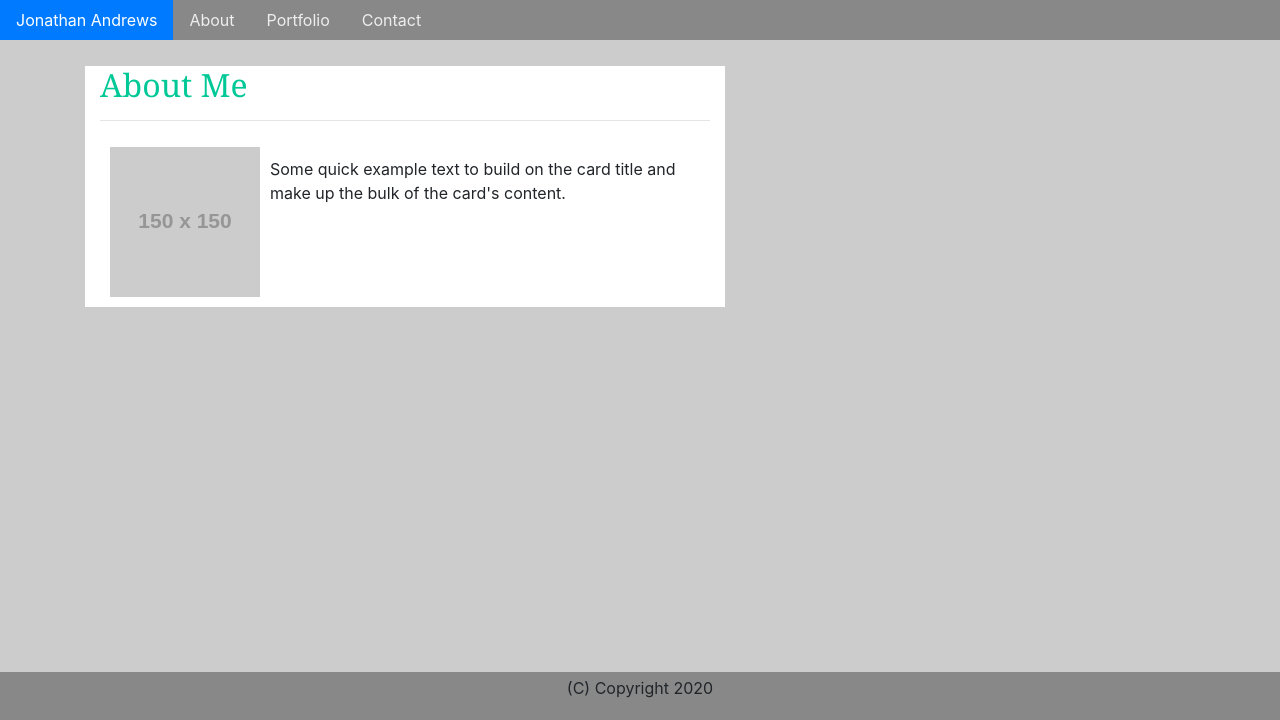
Repository: ionathas78/ionathas78.github.io
Page: index.html
The author's editor kept a copy of each file at every save. The page is drawn from the files as they stood at one save, then again after the next save.
The browser window is 1280 px wide. The pictures show the whole page.

Above is the page before, as saved 2020-03-17 19:03:21.

After the next save:
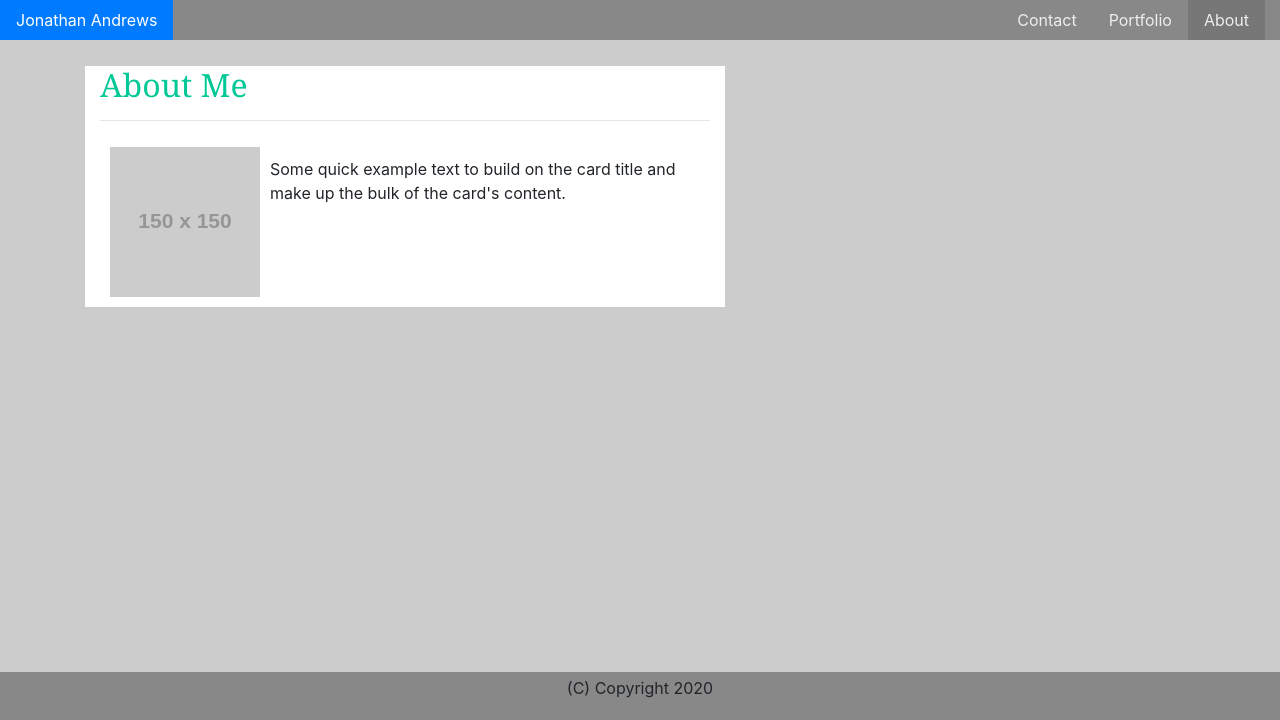
Saved 63 s later.
--- a/index.html
+++ b/index.html
@@ -9,12 +9,14 @@
 </head>
 <body style="background-color: #ccc">
     <header>
-        <ul class="nav" style="background-color: #888">
+        <ul class="nav col-sm-12 col-med-3 col-lg-3 float-left" style="background-color: #888;">
             <li class="nav-item bg-primary">
               <a class="nav-link active" href="#" style="color: white;">Jonathan Andrews</a>
             </li>
+        </ul>
+        <ul class="nav col-sm-12 col-med-9 col-lg-9 float-left" style="background-color: #888; flex-direction: row-reverse;">
             <li class="nav-item">
-              <a class="nav-link active" href="index.html" style="color: #eee;">About</a>
+              <a class="nav-link active" href="index.html" style="background-color: #777; color: #eee;">About</a>
             </li>
             <li class="nav-item">
               <a class="nav-link" href="portfolio.html" style="color: #eee;">Portfolio</a>
@@ -25,9 +27,10 @@
         </ul>
     </header>
 
+
     <div class="container">
         <div class="row">
-            <div class="col-lg-4">
+            <div class="col-md-4">
                 <div class="container clearfix" style="width: 50vw; max-width: 900px; background-color: white; margin-top: 2vw;">
                     <h2 style="color: rgb(0, 200, 150); font-family: Georgia, 'Times New Roman', Times, serif; font-weight: 300%;">About Me</h2>
                     <hr>
